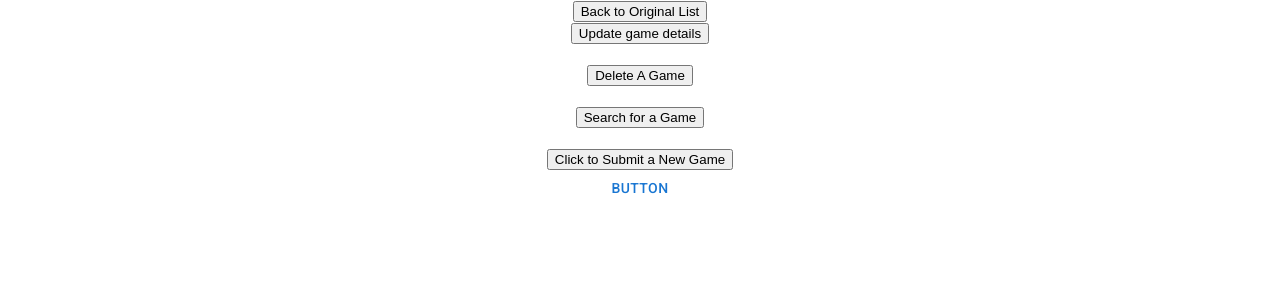
Repository: The-Software-Guild/assessment-2-react-nj10deadend
Page: / (app in Part-2/React-section/frontend/)
An editor plug-in stored every save of this project. The page is shown before and after the next save, followed by the edit.
The browser window is 1280 px wide. The pictures show the whole page.
The page's requests for data from a server got no answer. The project was rebuilt for these pictures with package versions that can differ from the ones it lists, and the page was loaded fresh each time. No one was signed in, and anything a server would have sent is missing. Also part of the build but not shown: Part-2/React-section/frontend/src/components/GameCards.js.

Above is the page before, as saved 2021-12-19 15:59:51.

After the next save:
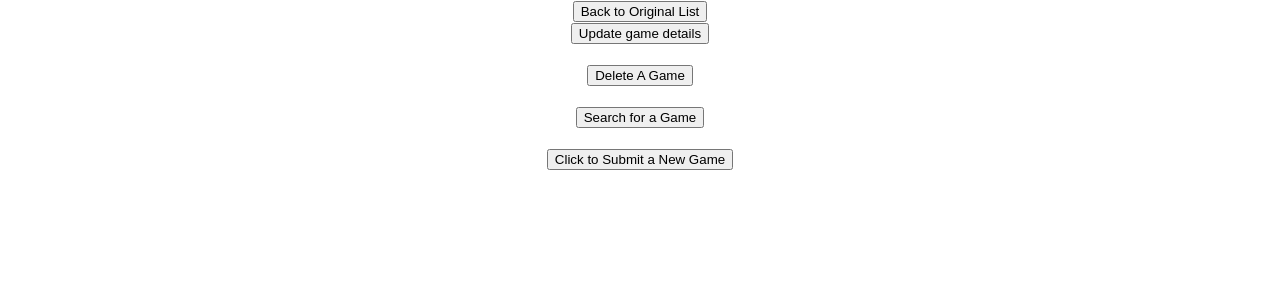
Saved 26 s later.
--- a/Part-2/React-section/frontend/src/App.js
+++ b/Part-2/React-section/frontend/src/App.js
@@ -9,7 +9,6 @@ import {useState, useEffect} from 'react';
 import Container from '@mui/material/Container';
 
 // import {Container} from '@mui/material';
-import Button from '@mui/material/Button';
 // import Button from '@mui/material/Button';
 // import Typography from '@mui/material/Typography';
 
@@ -40,14 +39,8 @@ function App() {
       <br></br>
       <AddGameForm setGameData={setGameData}/>
 
-      {/* <Container maxWidth="sm"> */}
+
       <Home gameData={gameData}/>
-
-      {/* </Container> */}
-      <Button>Button</Button>
-      {/* <Typography variant="h3" component="div" gutterBottom>
-        Here are some projects that I've made
-      </Typography> */}
 
     </Container>
 
